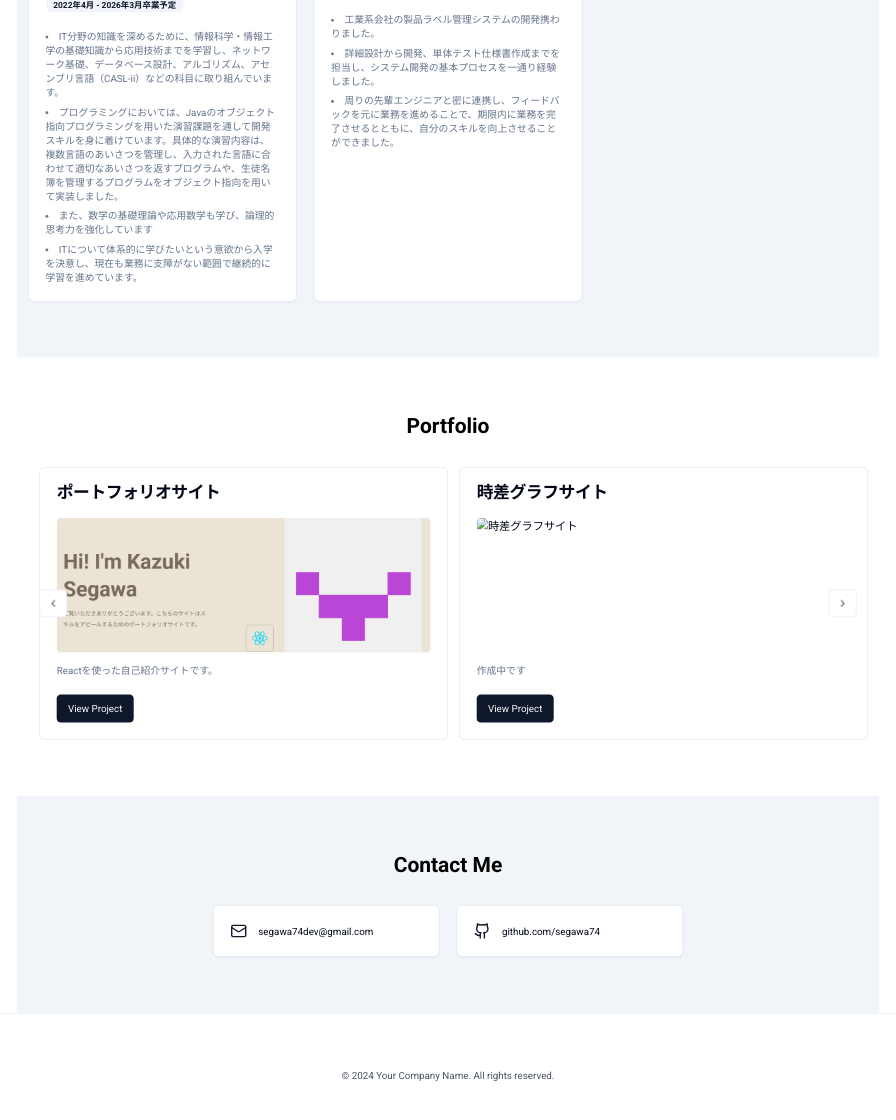
Repository: segawa74/SegawaSite
Page: /
These files come from the project's save history. The page is drawn as it stood at one moment and after the next save; the edit follows.
The browser window is 1280 px wide. The pictures show the part of the page from y = 1380 to 3300 px (the page is 2980 px tall before and 3300 px after), at 70% of full size.
The project was rebuilt for these pictures with package versions that can differ from the ones it lists, and the page was loaded fresh each time. Also part of the build but not shown: vite.config.ts.

Above is the page before, as saved 2024-10-24 11:58:31.

### index.html
<!DOCTYPE html>
<html lang="en">
  <head>
    <meta charset="UTF-8" />
    <link rel="icon" type="image/svg+xml" href="/vite.svg" />
    <link
      href="https://fonts.googleapis.com/css2?family=Roboto:wght@400;700&family=Noto+Sans+JP:wght@400;700&display=swap"
      rel="stylesheet"
    />

    <meta name="viewport" content="width=device-width, initial-scale=1.0" />
    <title>Segawa Site</title>
  </head>
  <body>
    <div id="root"></div>
    <script type="module" src="/src/main.tsx"></script>
  </body>
</html>

### src/main.tsx
import { StrictMode } from "react";
import { createRoot } from "react-dom/client";
import App from "./App.js";
import "./index.css";
import "slick-carousel/slick/slick.css";
import "slick-carousel/slick/slick-theme.css";

const rootElement = document.getElementById("root");

if (rootElement) {
  createRoot(rootElement).render(
    <StrictMode>
      <App />
    </StrictMode>
  );
} else {
  console.error("Root element not found");
}

### src/App.tsx
import "./App.css";
import Hero from "./components/Hero/Hero";
import Navbar from "./components/Navbar/Navbar";
import Skills from "./components/Skills/Skills";
import Experience from "./components/Experience/Experience";
import Portfolio from "./components/Portfolio/Portfolio";
import ContactMe from "./components/ContactMe/ContactMe";
import Footer from "./components/Footer/Footer";

function App() {
  return (
    <>
      <Navbar />
      <div className="container">
        <Hero />
        <Skills />
        <Experience />
        <Portfolio />
        <ContactMe />
      </div>
      <Footer />
    </>
  );
}

export default App;

### src/index.css
@import url("https://fonts.googleapis.com/css2?family=Material+Symbols+Outlined");

@tailwind base;
@tailwind components;
@tailwind utilities;

* {
  font-family: Roboto, 'Noto Sans JP', sans-serif;
  margin: 0;
  box-sizing: border-box;
}

body {

  color: #000000;
  background-color: #ffffff;
}

@layer base {
  :root {
    --background: 0 0% 100%;
    --foreground: 222.2 84% 4.9%;
    --card: 0 0% 100%;
    --card-foreground: 222.2 84% 4.9%;
    --popover: 0 0% 100%;
    --popover-foreground: 222.2 84% 4.9%;
    --primary: 222.2 47.4% 11.2%;
    --primary-foreground: 210 40% 98%;
    --secondary: 210 40% 96.1%;
    --secondary-foreground: 222.2 47.4% 11.2%;
    --muted: 210 40% 96.1%;
    --muted-foreground: 215.4 16.3% 46.9%;
    --accent: 210 40% 96.1%;
    --accent-foreground: 222.2 47.4% 11.2%;
    --destructive: 0 84.2% 60.2%;
    --destructive-foreground: 210 40% 98%;
    --border: 214.3 31.8% 91.4%;
    --input: 214.3 31.8% 91.4%;
    --ring: 222.2 84% 4.9%;
    --chart-1: 12 76% 61%;
    --chart-2: 173 58% 39%;
    --chart-3: 197 37% 24%;
    --chart-4: 43 74% 66%;
    --chart-5: 27 87% 67%;
    --radius: 0.5rem;
  }

  .dark {
    --background: 222.2 84% 4.9%;
    --foreground: 210 40% 98%;
    --card: 222.2 84% 4.9%;
    --card-foreground: 210 40% 98%;
    --popover: 222.2 84% 4.9%;
    --popover-foreground: 210 40% 98%;
    --primary: 210 40% 98%;
    --primary-foreground: 222.2 47.4% 11.2%;
    --secondary: 217.2 32.6% 17.5%;
    --secondary-foreground: 210 40% 98%;
    --muted: 217.2 32.6% 17.5%;
    --muted-foreground: 215 20.2% 65.1%;
    --accent: 217.2 32.6% 17.5%;
    --accent-foreground: 210 40% 98%;
    --destructive: 0 62.8% 30.6%;
    --destructive-foreground: 210 40% 98%;
    --border: 217.2 32.6% 17.5%;
    --input: 217.2 32.6% 17.5%;
    --ring: 212.7 26.8% 83.9%;
    --chart-1: 220 70% 50%;
    --chart-2: 160 60% 45%;
    --chart-3: 30 80% 55%;
    --chart-4: 280 65% 60%;
    --chart-5: 340 75% 55%;
  }
}

@layer base {
  * {
    @apply border-border;
  }

  body {
    @apply bg-background text-foreground;
  }
}

### src/App.css
.container {
  max-width: 1300px !important;
  margin: 0 auto;
  position: relative;
}

@media (max-width: 1300px) {
  .container {
    padding: 0 1.5rem;
  }
}

@media (max-width: 1380px) {
  .container {
    padding: 0 1.5rem;
  }
}

### src/components/Hero/Hero.tsx
import { Button } from "@/components/ui/button";
import { motion } from "framer-motion";

const techIcons = [
  { src: "/assets/images/img01.png", alt: "Technology 1" },
  { src: "/assets/images/img02.png", alt: "Technology 2" },
  { src: "/assets/images/img03.png", alt: "Technology 3" },
  { src: "/assets/images/img04.png", alt: "Technology 4" },
];

const Hero: React.FC = () => {
  return (
    <section id="hero" className="py-20 md:py-32 bg-background">
      <div className="container mx-auto px-4 flex flex-col md:flex-row items-center justify-between">
        <motion.div
          initial={{ opacity: 0, y: 20 }}
          animate={{ opacity: 1, y: 0 }}
          transition={{ duration: 0.5 }}
          className="md:w-1/2 mb-10 md:mb-0"
        >
          <h1 className="text-4xl md:text-5xl font-bold mb-4 text-foreground">
            Hi! I&apos;m Kazuki Segawa
          </h1>
          <p className="text-lg mb-6 text-muted-foreground">
            ご覧いただきありがとうございます。こちらのサイトはスキルをアピールするためのポートフォリオサイトです。
          </p>
          <Button asChild>
            <a href="#contact">お問い合わせ</a>
          </Button>
        </motion.div>

        <motion.div
          initial={{ opacity: 0, scale: 0.9 }}
          animate={{ opacity: 1, scale: 1 }}
          transition={{ duration: 0.5 }}
          className="md:w-1/2 flex flex-col items-center"
        >
          <div className="relative mb-8">
            <img
              src="/assets/images/identicon.png"
              alt="Kazuki Segawa"
              className="w-48 h-48 rounded-full shadow-lg"
            />
          </div>
          <div className="grid grid-cols-4 gap-4">
            {techIcons.map((icon, index) => (
              <motion.div
                key={index}
                initial={{ opacity: 0, y: 20 }}
                animate={{ opacity: 1, y: 0 }}
                transition={{ duration: 0.5, delay: index * 0.1 }}
              >
                <img
                  src={icon.src}
                  alt={icon.alt}
                  className="w-12 h-12 object-contain"
                />
              </motion.div>
            ))}
          </div>
        </motion.div>
      </div>
    </section>
  );
};

export default Hero;

### src/components/Navbar/Navbar.tsx
"use client";

import React from "react";
import { Link } from "react-scroll";
import { Menu } from "lucide-react";
import { Button } from "@/components/ui/button";
import { Sheet, SheetContent, SheetTrigger } from "@/components/ui/sheet";
import { cn } from "@/lib/utils";

const menuItems = [
  { name: "Home", to: "hero", offset: -80 },
  { name: "Skills", to: "skills", offset: -120 },
  { name: "Experience", to: "exp", offset: -100 },
  { name: "Portfolio", to: "pf", offset: -100 },
  { name: "Contact Me", to: "contact-me", offset: -100 },
];

export function NavBar() {
  const [activeSection, setActiveSection] = React.useState("");

  const handleSetActive = (to: string) => {
    setActiveSection(to);
  };

  return (
    <nav className="sticky top-0 z-30 w-full backdrop-blur-sm bg-background/80 border-b border-border">
      <div className="container flex h-16 items-center justify-between">
        <div className="flex items-center space-x-4 hidden md:flex">
          {menuItems.map((item) => (
            <Link
              key={item.to}
              activeClass="text-primary font-semibold"
              to={item.to}
              spy={true}
              smooth={true}
              offset={item.offset}
              onSetActive={() => handleSetActive(item.to)}
              className={cn(
                "text-sm font-medium transition-colors hover:text-primary",
                activeSection === item.to
                  ? "text-primary font-semibold"
                  : "text-muted-foreground"
              )}
            >
              {item.name}
            </Link>
          ))}
        </div>
        <Sheet>
          <SheetTrigger asChild>
            <Button variant="outline" size="icon" className="md:hidden ml-auto">
              <Menu className="h-5 w-5" />
              <span className="sr-only">Toggle menu</span>
            </Button>
          </SheetTrigger>
          <SheetContent side="right">
            <MobileNav />
          </SheetContent>
        </Sheet>
      </div>
    </nav>
  );
}

function MobileNav() {
  return (
    <div className="flex flex-col space-y-4 mt-4">
      {menuItems.map((item) => (
        <Link
          key={item.to}
          to={item.to}
          spy={true}
          smooth={true}
          offset={item.offset}
          className="text-sm font-medium transition-colors hover:text-primary"
        >
          {item.name}
        </Link>
      ))}
    </div>
  );
}

export default NavBar;

### src/components/Experience/Experience.tsx
import { EXPERIENCE } from "../../utils/data";
import ExperienceCard from "./ExperienceCard/ExperienceCard";

const Experience: React.FC = () => {
  return (
    <section id="exp" className="py-20 bg-muted">
      <div className="container mx-auto px-4">
        <h2 className="text-3xl font-bold text-center mb-10">Experience</h2>
        <div className="grid gap-6 md:grid-cols-2 lg:grid-cols-3">
          {EXPERIENCE.map((item, index) => (
            <ExperienceCard key={index} details={item} />
          ))}
        </div>
      </div>
    </section>
  );
};

export default Experience;

### src/components/Portfolio/Portfolio.tsx
import * as React from "react";
import {
  Card,
  CardContent,
  CardFooter,
  CardHeader,
  CardTitle,
} from "@/components/ui/card";
import { Button } from "@/components/ui/button";
import { ChevronLeft, ChevronRight } from "lucide-react";
import useEmblaCarousel from "embla-carousel-react";
import { PORTFOLIO } from "../../utils/data";

interface PortfolioItem {
  title: string;
  link: string;
  img: string;
  comment?: string;
}

const Portfolio = () => {
  const [emblaRef, emblaApi] = useEmblaCarousel({ loop: false });

  const scrollPrev = React.useCallback(() => {
    if (emblaApi) emblaApi.scrollPrev();
  }, [emblaApi]);

  const scrollNext = React.useCallback(() => {
    if (emblaApi) emblaApi.scrollNext();
  }, [emblaApi]);

  return (
    <section id="pf" className="py-20 bg-background">
      <div className="container mx-auto px-4">
        <h2 className="text-3xl font-bold text-center mb-10">Portfolio</h2>
        <div className="relative">
          <div className="overflow-hidden" ref={emblaRef}>
            <div className="flex">
              {PORTFOLIO.map((item, index) => (
                <div
                  key={index}
                  className="flex-[0_0_100%] min-w-0 pl-4 md:flex-[0_0_50%]"
                >
                  <PortfolioCard details={item} />
                </div>
              ))}
            </div>
          </div>
          <Button
            variant="outline"
            size="icon"
            className="absolute top-1/2 left-4 -translate-y-1/2"
            onClick={scrollPrev}
          >
            <ChevronLeft className="h-4 w-4" />
          </Button>
          <Button
            variant="outline"
            size="icon"
            className="absolute top-1/2 right-4 -translate-y-1/2"
            onClick={scrollNext}
          >
            <ChevronRight className="h-4 w-4" />
          </Button>
        </div>
      </div>
    </section>
  );
};

function PortfolioCard({ details }: { details: PortfolioItem }) {
  return (
    <Card className="h-full">
      <CardHeader>
        <CardTitle>{details.title}</CardTitle>
      </CardHeader>
      <CardContent>
        <img
          src={details.img}
          alt={details.title}
          className="w-full h-48 object-cover rounded-md"
        />
        {details.comment && (
          <p className="mt-4 text-sm text-muted-foreground">
            {details.comment}
          </p>
        )}
      </CardContent>
      <CardFooter>
        <Button asChild>
          <a href={details.link} target="_blank" rel="noopener noreferrer">
            View Project
          </a>
        </Button>
      </CardFooter>
    </Card>
  );
}
export default Portfolio;

### src/components/ContactMe/ContactMe.tsx
import React from "react";
import { Mail, Github } from "lucide-react";
import ContactInfoCard from "./ContactInfoCard/ContactInfoCard";

const ContactMe: React.FC = () => {
  return (
    <section id="contact-me" className="py-20 bg-muted">
      <div className="container mx-auto px-4">
        <h2 className="text-3xl font-bold text-center mb-10">Contact Me</h2>
        <div className="grid gap-6 md:grid-cols-2 max-w-2xl mx-auto">
          <ContactInfoCard
            icon={<Mail className="w-6 h-6" />}
            text="segawa74dev@gmail.com"
            href="mailto:segawa74dev@gmail.com"
          />
          <ContactInfoCard
            icon={<Github className="w-6 h-6" />}
            text="github.com/segawa74"
            href="https://github.com/segawa74"
          />
        </div>
      </div>
    </section>
  );
};

export default ContactMe;

### src/components/Footer/Footer.tsx
import { Separator } from "@/components/ui/separator";

const Footer: React.FC = () => {
  return (
    <footer className="bg-white text-gray-600">
      <Separator className="mb-6" />
      <div className="container mx-auto px-4 py-8">
        <div className="flex justify-center items-center h-16">
          <p className="text-sm">
            &copy; 2024 Your Company Name. All rights reserved.
          </p>
        </div>
      </div>
    </footer>
  );
};

export default Footer;

### src/components/ui/button.tsx
import * as React from "react"
import { Slot } from "@radix-ui/react-slot"
import { cva, type VariantProps } from "class-variance-authority"

import { cn } from "@/lib/utils"

const buttonVariants = cva(
  "inline-flex items-center justify-center gap-2 whitespace-nowrap rounded-md text-sm font-medium ring-offset-background transition-colors focus-visible:outline-none focus-visible:ring-2 focus-visible:ring-ring focus-visible:ring-offset-2 disabled:pointer-events-none disabled:opacity-50 [&_svg]:pointer-events-none [&_svg]:size-4 [&_svg]:shrink-0",
  {
    variants: {
      variant: {
        default: "bg-primary text-primary-foreground hover:bg-primary/90",
        destructive:
          "bg-destructive text-destructive-foreground hover:bg-destructive/90",
        outline:
          "border border-input bg-background hover:bg-accent hover:text-accent-foreground",
        secondary:
          "bg-secondary text-secondary-foreground hover:bg-secondary/80",
        ghost: "hover:bg-accent hover:text-accent-foreground",
        link: "text-primary underline-offset-4 hover:underline",
      },
      size: {
        default: "h-10 px-4 py-2",
        sm: "h-9 rounded-md px-3",
        lg: "h-11 rounded-md px-8",
        icon: "h-10 w-10",
      },
    },
    defaultVariants: {
      variant: "default",
      size: "default",
    },
  }
)

export interface ButtonProps
  extends React.ButtonHTMLAttributes<HTMLButtonElement>,
    VariantProps<typeof buttonVariants> {
  asChild?: boolean
}

const Button = React.forwardRef<HTMLButtonElement, ButtonProps>(
  ({ className, variant, size, asChild = false, ...props }, ref) => {
    const Comp = asChild ? Slot : "button"
    return (
      <Comp
        className={cn(buttonVariants({ variant, size, className }))}
        ref={ref}
        {...props}
      />
    )
  }
)
Button.displayName = "Button"

export { Button, buttonVariants }

### src/components/ui/card.tsx
import * as React from "react"

import { cn } from "@/lib/utils"

const Card = React.forwardRef<
  HTMLDivElement,
  React.HTMLAttributes<HTMLDivElement>
>(({ className, ...props }, ref) => (
  <div
    ref={ref}
    className={cn(
      "rounded-lg border bg-card text-card-foreground shadow-sm",
      className
    )}
    {...props}
  />
))
Card.displayName = "Card"

const CardHeader = React.forwardRef<
  HTMLDivElement,
  React.HTMLAttributes<HTMLDivElement>
>(({ className, ...props }, ref) => (
  <div
    ref={ref}
    className={cn("flex flex-col space-y-1.5 p-6", className)}
    {...props}
  />
))
CardHeader.displayName = "CardHeader"

const CardTitle = React.forwardRef<
  HTMLParagraphElement,
  React.HTMLAttributes<HTMLHeadingElement>
>(({ className, ...props }, ref) => (
  <h3
    ref={ref}
    className={cn(
      "text-2xl font-semibold leading-none tracking-tight",
      className
    )}
    {...props}
  />
))
CardTitle.displayName = "CardTitle"

const CardDescription = React.forwardRef<
  HTMLParagraphElement,
  React.HTMLAttributes<HTMLParagraphElement>
>(({ className, ...props }, ref) => (
  <p
    ref={ref}
    className={cn("text-sm text-muted-foreground", className)}
    {...props}
  />
))
CardDescription.displayName = "CardDescription"

const CardContent = React.forwardRef<
  HTMLDivElement,
  React.HTMLAttributes<HTMLDivElement>
>(({ className, ...props }, ref) => (
  <div ref={ref} className={cn("p-6 pt-0", className)} {...props} />
))
CardContent.displayName = "CardContent"

const CardFooter = React.forwardRef<
  HTMLDivElement,
  React.HTMLAttributes<HTMLDivElement>
>(({ className, ...props }, ref) => (
  <div
    ref={ref}
    className={cn("flex items-center p-6 pt-0", className)}
    {...props}
  />
))
CardFooter.displayName = "CardFooter"

export { Card, CardHeader, CardFooter, CardTitle, CardDescription, CardContent }

### src/components/ui/badge.tsx
import * as React from "react"
import { cva, type VariantProps } from "class-variance-authority"

import { cn } from "@/lib/utils"

const badgeVariants = cva(
  "inline-flex items-center rounded-full border px-2.5 py-0.5 text-xs font-semibold transition-colors focus:outline-none focus:ring-2 focus:ring-ring focus:ring-offset-2",
  {
    variants: {
      variant: {
        default:
          "border-transparent bg-primary text-primary-foreground hover:bg-primary/80",
        secondary:
          "border-transparent bg-secondary text-secondary-foreground hover:bg-secondary/80",
        destructive:
          "border-transparent bg-destructive text-destructive-foreground hover:bg-destructive/80",
        outline: "text-foreground",
      },
    },
    defaultVariants: {
      variant: "default",
    },
  }
)

export interface BadgeProps
  extends React.HTMLAttributes<HTMLDivElement>,
    VariantProps<typeof badgeVariants> {}

function Badge({ className, variant, ...props }: BadgeProps) {
  return (
    <div className={cn(badgeVariants({ variant }), className)} {...props} />
  )
}

export { Badge, badgeVariants }

### src/components/Experience/ExperienceCard/ExperienceCard.tsx
import { Card, CardContent, CardHeader, CardTitle } from "@/components/ui/card";
import { Badge } from "@/components/ui/badge";

interface ExperienceDetails {
  title: string;
  date: string;
  responsibilities: string[];
}

const ExperienceCard: React.FC<{ details: ExperienceDetails }> = ({
  details,
}) => {
  return (
    <Card className="h-full">
      <CardHeader>
        <CardTitle>{details.title}</CardTitle>
        <Badge variant="secondary" className="w-fit">
          {details.date}
        </Badge>
      </CardHeader>
      <CardContent>
        <ul className="list-disc list-inside space-y-2">
          {details.responsibilities.map((item, index) => (
            <li key={index} className="text-sm text-muted-foreground">
              {item}
            </li>
          ))}
        </ul>
      </CardContent>
    </Card>
  );
};

export default ExperienceCard;

### src/components/ContactMe/ContactInfoCard/ContactInfoCard.tsx
import React from "react";
import { Card, CardContent } from "@/components/ui/card";

interface ContactInfoCardProps {
  icon: React.ReactNode;
  text: string;
  href: string;
}

const ContactInfoCard: React.FC<ContactInfoCardProps> = ({
  icon,
  text,
  href,
}) => {
  return (
    <Card>
      <CardContent className="flex items-center p-6">
        <div className="mr-4 text-primary">{icon}</div>
        <a
          href={href}
          target="_blank"
          rel="noopener noreferrer"
          className="text-sm hover:underline"
        >
          {text}
        </a>
      </CardContent>
    </Card>
  );
};

export default ContactInfoCard;

### src/components/ui/separator.tsx
import * as React from "react"
import * as SeparatorPrimitive from "@radix-ui/react-separator"

import { cn } from "@/lib/utils"

const Separator = React.forwardRef<
  React.ElementRef<typeof SeparatorPrimitive.Root>,
  React.ComponentPropsWithoutRef<typeof SeparatorPrimitive.Root>
>(
  (
    { className, orientation = "horizontal", decorative = true, ...props },
    ref
  ) => (
    <SeparatorPrimitive.Root
      ref={ref}
      decorative={decorative}
      orientation={orientation}
      className={cn(
        "shrink-0 bg-border",
        orientation === "horizontal" ? "h-[1px] w-full" : "h-full w-[1px]",
        className
      )}
      {...props}
    />
  )
)
Separator.displayName = SeparatorPrimitive.Root.displayName

export { Separator }

Loaded but not shown: src/lib/utils.ts (common file); tailwind.config.js (57 lines, source omitted); src/components/ui/sheet.tsx (138 lines, source omitted); src/components/Skills/Skills.tsx (101 lines, source omitted); src/utils/data.ts (101 lines, source omitted)

After the next save:
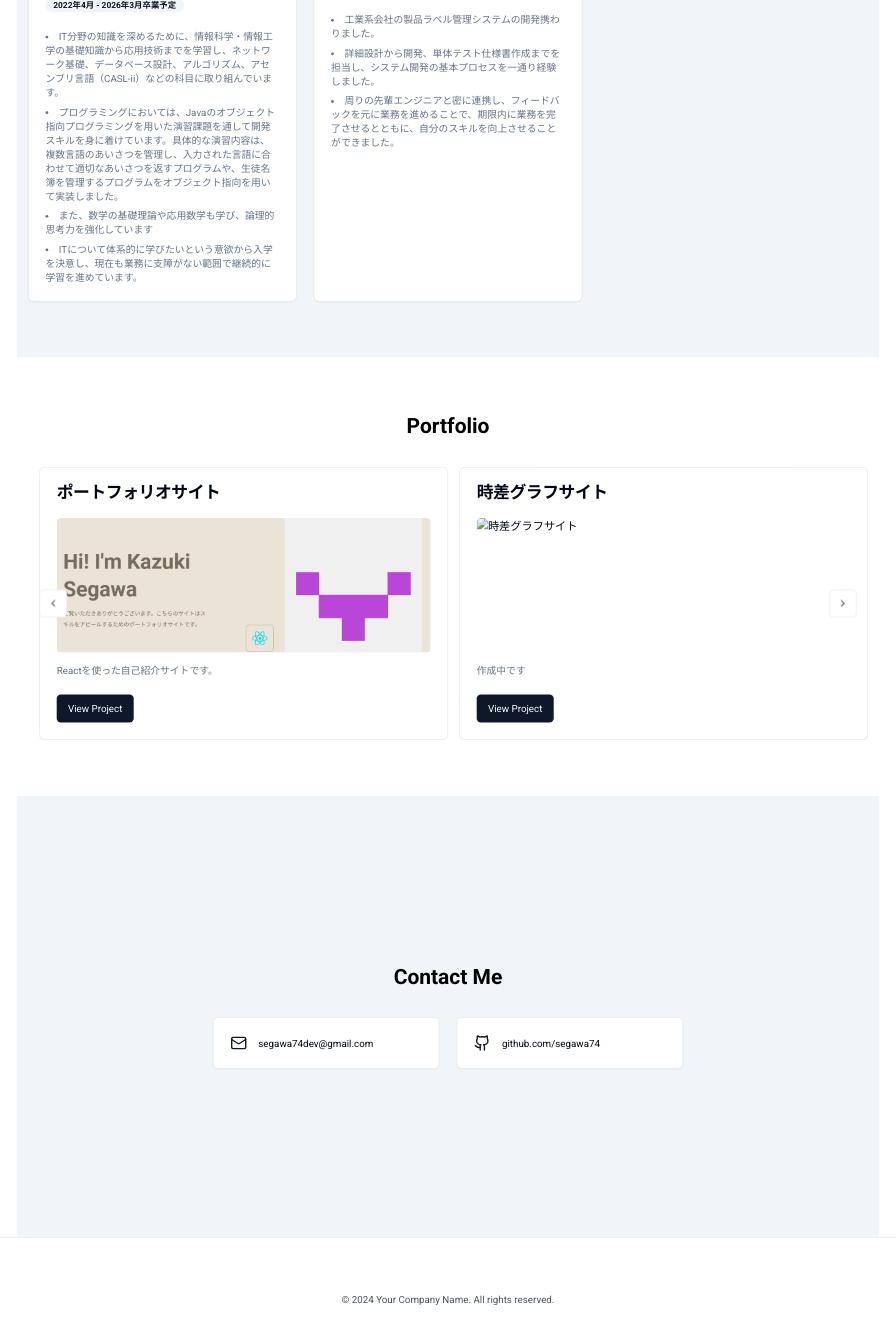
Saved 8 s later.
--- a/src/components/ContactMe/ContactMe.tsx
+++ b/src/components/ContactMe/ContactMe.tsx
@@ -4,7 +4,7 @@ import ContactInfoCard from "./ContactInfoCard/ContactInfoCard";
 
 const ContactMe: React.FC = () => {
   return (
-    <section id="contact-me" className="py-20 bg-muted">
+    <section id="contact-me" className="py-60 bg-muted">
       <div className="container mx-auto px-4">
         <h2 className="text-3xl font-bold text-center mb-10">Contact Me</h2>
         <div className="grid gap-6 md:grid-cols-2 max-w-2xl mx-auto">
